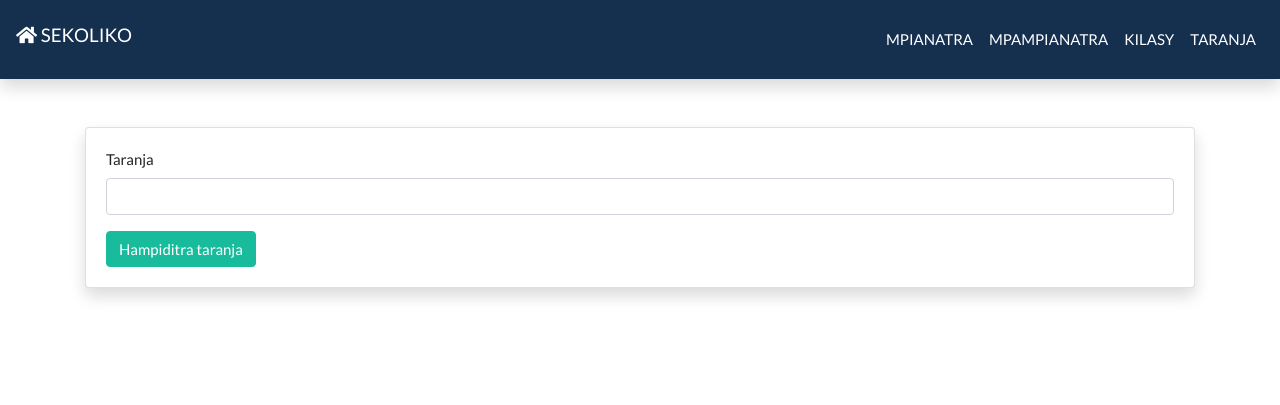
Repository: niainamahefa/j2ee-sekoliko
Page: http://localhost/Ecole/nouveau_prof
These files come from the project's save history. The page is drawn as it stood at one moment and after the next save; the edit follows.
The browser window is 1280 px wide. The pictures show the whole page.
The page is served by Tomcat 9. Other server files are loaded and not shown.

Above is the page before, as saved 2021-02-07 17:05:01.

### Ecole/WebContent/WEB-INF/professeur-form.jsp
<%@ page language="java" contentType="text/html; charset=ISO-8859-1"
    pageEncoding="ISO-8859-1"%>
<%@ taglib uri="http://java.sun.com/jsp/jstl/core" prefix="c" %>
<!DOCTYPE html>
<html>
<head>
<meta charset="ISO-8859-1">
<title>Sekoliko</title>
    <!-- Bootstrap core CSS -->
	<link href="./assets/css/bootstrap.min.css" rel="stylesheet">
	  <link href="./assets/fontawesome-free/css/all.min.css" rel="stylesheet" type="text/css">
</head>
<body>
	<nav class="navbar navbar-expand-lg  navbar-dark  bg-primary  shadow container-fluid">

            <a class="navbar-brand lnav h1" href="#" data-scroll="acceuill"><i class="fas fa-home "></i> SEKOLIKO</a>
            <button class="navbar-toggler" type="button" data-toggle="collapse" data-target="#navbarNav" aria-controls="navbarNav" aria-expanded="false" aria-label="Toggle navigation">
                <span class="navbar-toggler-icon"></span>
            </button>
            <div class="collapse navbar-collapse " id="navbarNav">
                <ul class="navbar-nav ml-auto">
                  <li class="nav-item">
                    <a class="nav-link lnav" href="eleve" data-scroll="eleve"> MPIANATRA <span class="sr-only">(current)</span></a>
                </li>
                <li class="nav-item">
                    <a class="nav-link lnav" href="professeur" data-scroll="produit"> MPAMPIANATRA</a>
                </li>
                <li class="nav-item">
                        <a class="nav-link lnav" href="classe" data-scroll="inscription"> KILASY</a>
                    </li>
                <li class="nav-item">
                    <a class="nav-link lnav" href="eleve" data-scroll="contact"> TARANJA</a>
                </li>
            </ul>
        </div>
    </nav>

    <div class="container mt-5">
    	<div class="card mt-3 shadow ">
    		<div class="card-body">
    			<c:if test="${professeur != null}">
    				<form action="modifier" method="post">
    			</c:if>
    			<c:if test="${professeur == null}">
    				<form action="inserer" method="post">
    			</c:if>

    			<c:if test="${professeur != null}">
    				<input type="hidden" name="prof_id" value="<c:out value="${professeur.prof_nom}"/>">
    			</c:if>

    			<div class="form-group">
    				<label for="">Taranja</label>
    				<input type="text" class="form-control" name="prof_nom" required value="<c:out value="${professeur.prof_nom}"/>">
    			</div>
    			<button type="submit" class="btn btn-success">Hampiditra taranja</button>
    			</form>
    		</div>
    	</div>
    </div>

</body>
</html>

### Ecole/src/com/ecole/servlet/ProfesseurServlet.java
package com.ecole.servlet;

import java.io.IOException;
import java.sql.SQLException;
import java.util.List;
import javax.servlet.RequestDispatcher;
import javax.servlet.ServletException;
import javax.servlet.annotation.WebServlet;
import javax.servlet.http.HttpServlet;
import javax.servlet.http.HttpServletRequest;
import javax.servlet.http.HttpServletResponse;

import com.ecole.dao.ProfesseurDao;
import com.ecole.model.Professeur;

/**
 * Servlet implementation class AccueilServlet
 */
@WebServlet("/ProfesseurServlet")
public class ProfesseurServlet extends HttpServlet {
	private static final long serialVersionUID = 1L;

	private ProfesseurDao professeurDao;

    /**
     * @see HttpServlet#HttpServlet()
     */
    public ProfesseurServlet() {
        super();
        // TODO Auto-generated constructor stub
    }

    public void init()  throws ServletException {
    	professeurDao = new ProfesseurDao();
    }

    /**
	 * @see HttpServlet#doPost(HttpServletRequest request, HttpServletResponse response)
	 */
	protected void doPost(HttpServletRequest request, HttpServletResponse response) throws ServletException, IOException {
		// TODO Auto-generated method stub
		doGet(request, response);
	}

	/**
	 * @see HttpServlet#doGet(HttpServletRequest request, HttpServletResponse response)
	 */
	protected void doGet(HttpServletRequest request, HttpServletResponse response) throws ServletException, IOException {
		// TODO Auto-generated method stub
		response.getWriter().append("Served at: ").append(request.getContextPath());

		String action = request.getServletPath();

		switch (action) {
		case "/nouveau_prof":
			showAddForm(request, response);
			break;

		case "/inserer_prof":
			try {
				insertProfesseur(request, response);
			} catch (SQLException e) {
				// TODO Auto-generated catch block
				e.printStackTrace();
			} catch (IOException e) {
				// TODO Auto-generated catch block
				e.printStackTrace();
			}
			break;

		case "/editer_prof":
			showEditForm(request, response);
			break;

		case "/supprimer_prof":
			try {
				deleteProfesseur(request, response);
			} catch (SQLException e) {
				// TODO Auto-generated catch block
				e.printStackTrace();
			} catch (IOException e) {
				// TODO Auto-generated catch block
				e.printStackTrace();
			}
			break;

		case "/modifier_prof":
			updateProfesseur(request, response);
			break;

			default:
				listProfesseur(request, response);
				break;

		}

	}

	private void showAddForm(HttpServletRequest request, HttpServletResponse response)
			throws ServletException, IOException
	{
		 request.getRequestDispatcher("/WEB-INF/professeur-form.jsp").forward(request, response);
	}

	// INSERT MATIERE
	private void insertProfesseur(HttpServletRequest request, HttpServletResponse response)
			throws SQLException, IOException
	{
		String prof_nom = request.getParameter("prof_nom");
		String prof_prenom = request.getParameter("prof_prenom");
		Professeur professeur = new Professeur(prof_nom, prof_prenom);
		professeurDao.insertProfesseur(professeur);
		response.sendRedirect("professeur");

	}

	// DELETE MATIERE
	private void deleteProfesseur(HttpServletRequest request, HttpServletResponse response)
			throws SQLException, IOException
	{
		int elv_id = Integer.parseInt(request.getParameter("elv_id"));

		try {
			professeurDao.deleteProfesseur(elv_id);
		} catch (Exception e) {
			// TODO: handle exception
			e.printStackTrace();
		}

		response.sendRedirect("professeur");
	}

	// EDIT MATIERE
	private void showEditForm(HttpServletRequest request, HttpServletResponse response)
			throws ServletException, ServletException, IOException
	{

		int elv_id = Integer.parseInt(request.getParameter("elv_id"));

		Professeur existingProfesseur;

		try {
			existingProfesseur = professeurDao.selectProfesseur(elv_id);
			RequestDispatcher dispatcher = request.getRequestDispatcher("/WEB-INF/professeur-form.jsp");
			request.setAttribute("professeur", existingProfesseur);
		} catch (Exception e) {
			e.printStackTrace();
		}
	}

	// UPDATE
	private void updateProfesseur(HttpServletRequest request, HttpServletResponse response)
			throws ServletException, ServletException, IOException
	{
		int elv_id = Integer.parseInt(request.getParameter("elv_id"));
		String prof_nom = request.getParameter("prof_nom");
		String prof_prenom = request.getParameter("prof_prenom");
		Professeur professeur = new Professeur(prof_nom, prof_prenom);
		professeurDao.updateProfesseur(professeur);
		response.sendRedirect("professeur");

	}

	//DEFAULT
	private void listProfesseur(HttpServletRequest request, HttpServletResponse response)
			throws ServletException, ServletException, IOException {

		try {
			List<Professeur> listProfesseur = professeurDao.selectAllProfesseur();
			request.setAttribute("listProfesseur", listProfesseur);
			request.getRequestDispatcher("/WEB-INF/professeur.jsp").forward(request, response);

		} catch (Exception e) {
			e.printStackTrace();
		}
	}


}

Loaded but not shown: Ecole/WebContent/assets/css/bootstrap.min.css (library); Ecole/WebContent/assets/fontawesome-free/css/all.min.css (library)

After the next save:
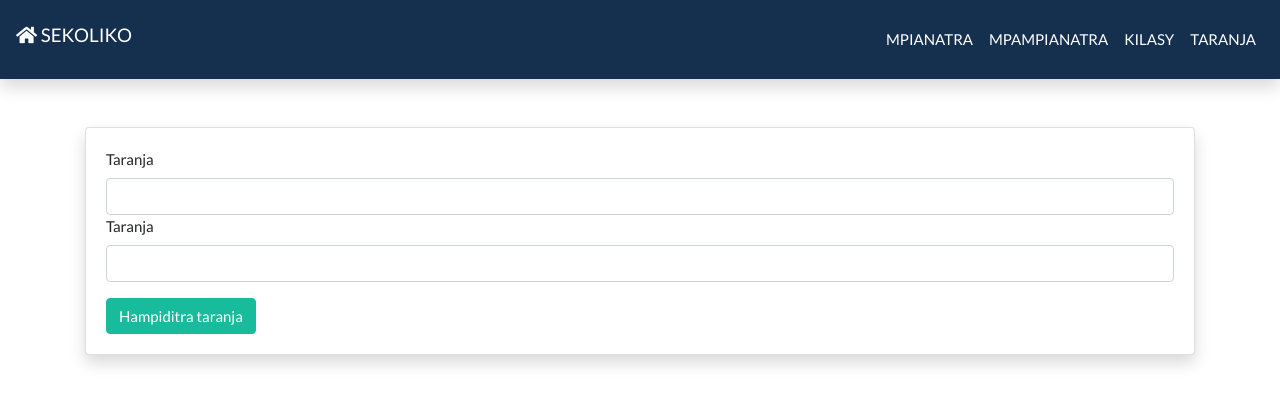
Saved 13 s later.
--- a/Ecole/WebContent/WEB-INF/professeur-form.jsp
+++ b/Ecole/WebContent/WEB-INF/professeur-form.jsp
@@ -52,6 +52,8 @@
     			<div class="form-group">
     				<label for="">Taranja</label>
     				<input type="text" class="form-control" name="prof_nom" required value="<c:out value="${professeur.prof_nom}"/>">
+    				<label for="">Taranja</label>
+    				<input type="text" class="form-control" name="prof_nom" required value="<c:out value="${professeur.prof_nom}"/>">
     			</div>
     			<button type="submit" class="btn btn-success">Hampiditra taranja</button>
     			</form>
